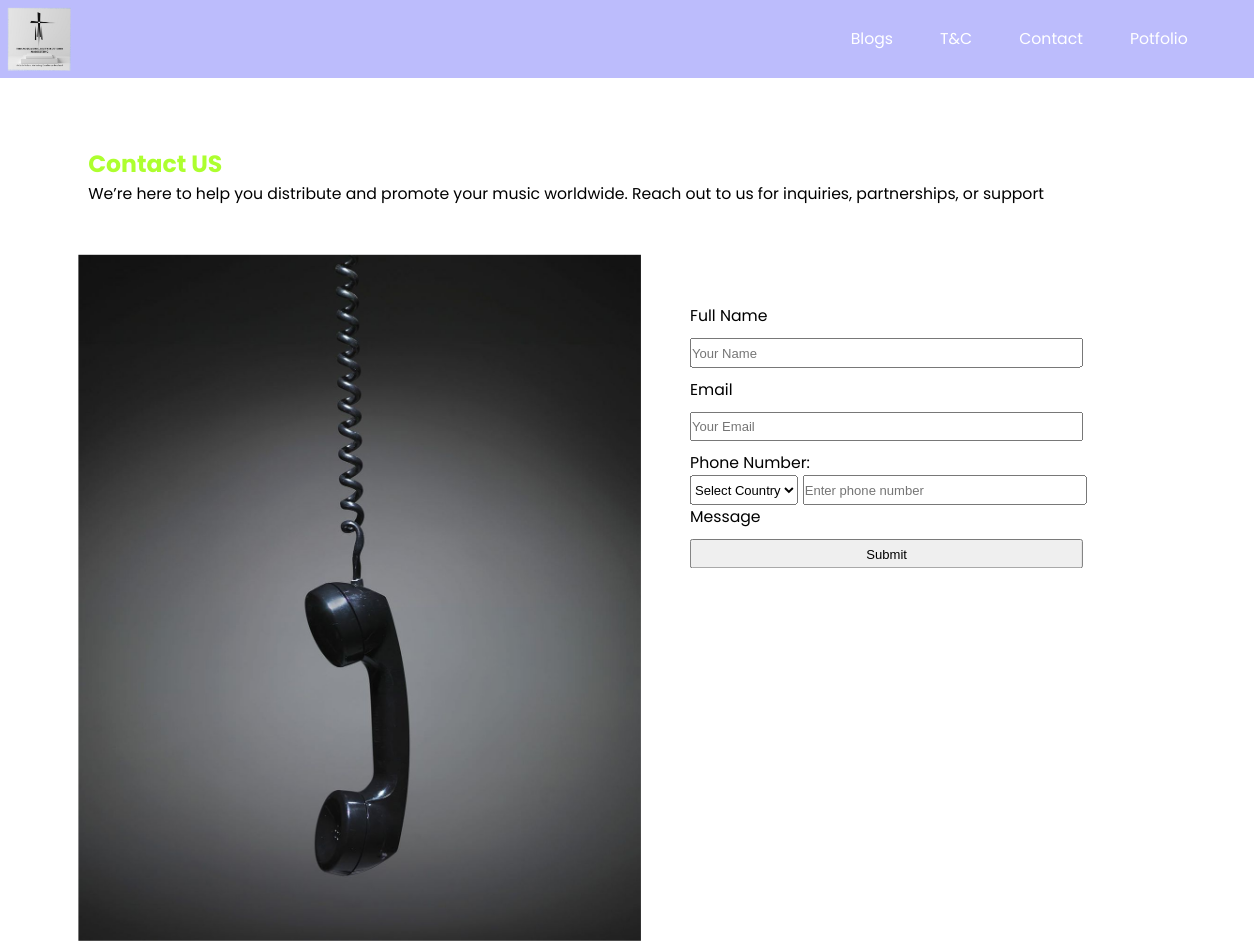
Repository: Ikebobo11/theboss
Page: contact.html
These files come from the project's save history. The page is drawn as it stood at one moment and after a run of saves; the edit follows.
The browser window is 1280 px wide. The pictures show the whole page, at 98% of full size.

Above is the page before, as saved 2025-08-16 06:08:44.

After the next 8 saves:
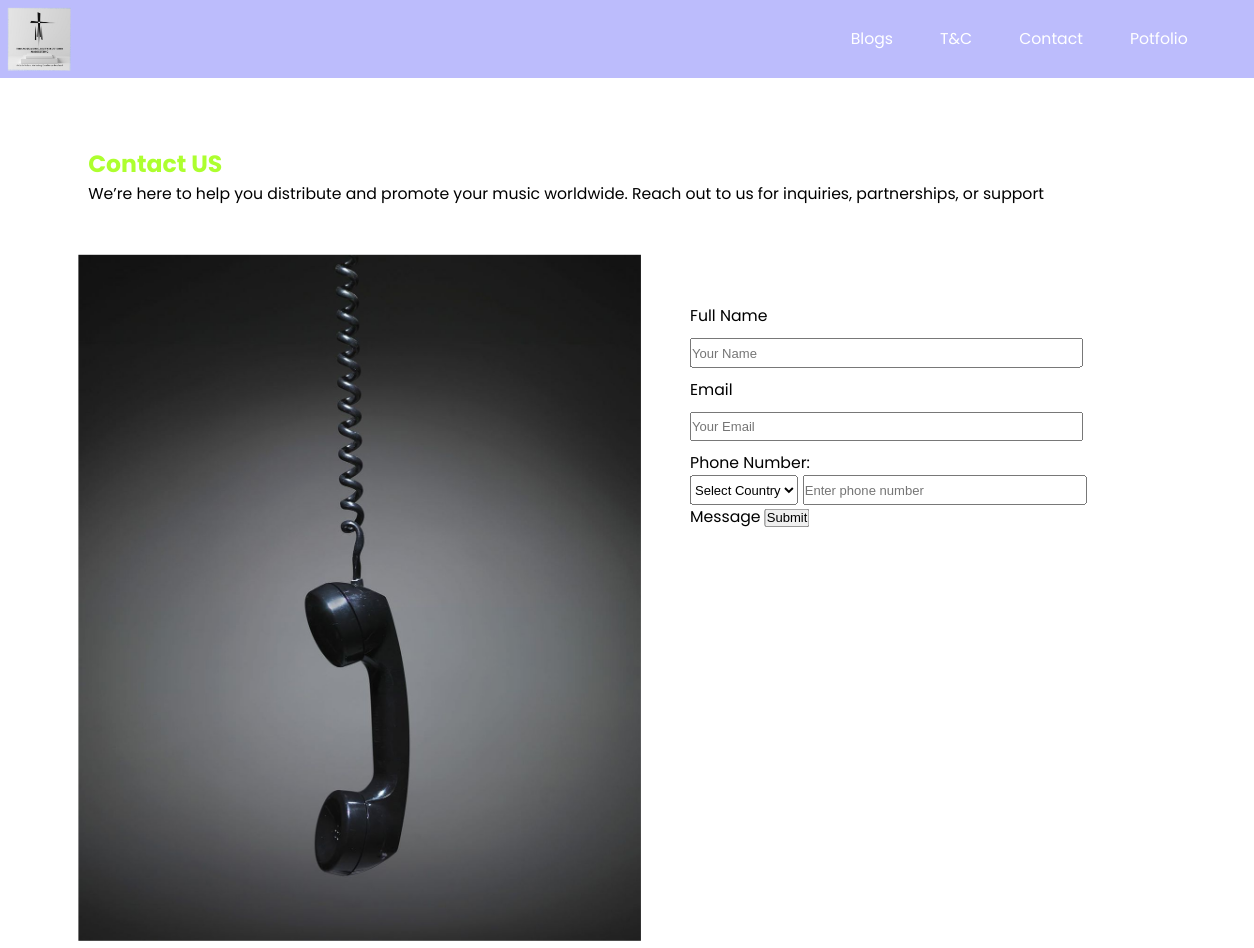
The 8 saves are shown as one change because they came seconds apart.
The last was saved 20 s later.
--- a/contact.html
+++ b/contact.html
@@ -89,7 +89,7 @@
                 <input type="tel" id="phone" name="phone" placeholder="Enter phone number" required>
                 </div>
                 <label for="massage">Message</label>
-                <text name="Message" id="massage" placeholder="Type your Message...." required/></text>
+                <text name="Message" id="massage" placeholder="Type your Message...." required/></te>
                 <input type="submit" value="Submit"/>
               </form>
             </div>
